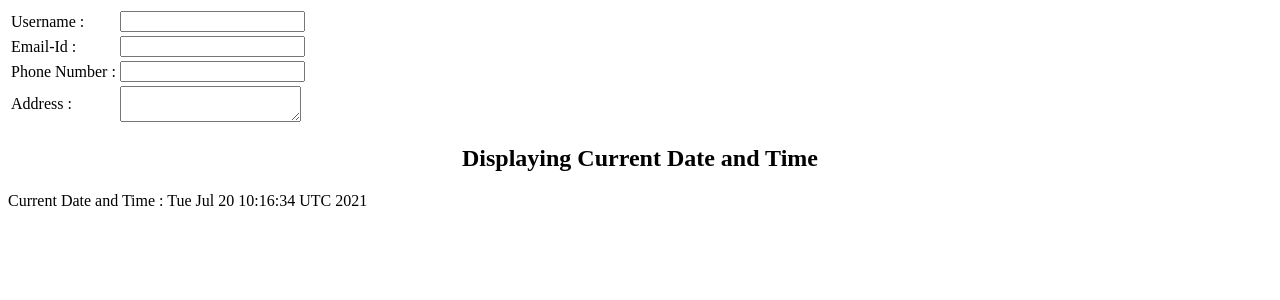
Repository: SHANMUGAPRIYAP98/SpringBootApp
Page: http://localhost/DateTime/
The author's editor kept a copy of each file at every save. The page is drawn from the files as they stood at one save, then again after the next save.
The browser window is 1280 px wide. The pictures show the whole page.
The page is served by Tomcat 9.

Above is the page before, as saved 2021-07-22 08:12:28.

After the next save:
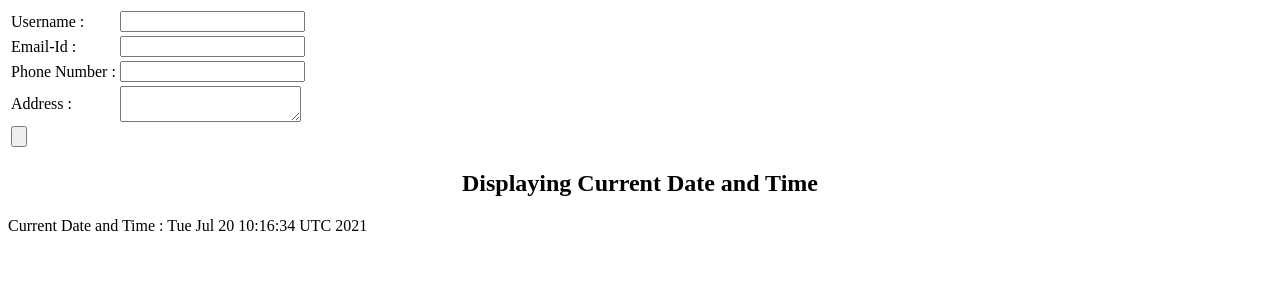
Saved 50 s later.
--- a/DateTime/src/main/webapp/index.jsp
+++ b/DateTime/src/main/webapp/index.jsp
@@ -1,6 +1,10 @@
 <%@page import="java.util.Date"%>
 <html>
 <head>
+<script>
+
+
+</script>
 </head>
 <body>
 <form>
@@ -9,6 +13,7 @@
 <tr><td>Email-Id : </td><td><input type="email" id="mail" /></td></tr>
 <tr><td>Phone Number : </td><td><input type="text" id="phone" maxlength="10" /></td></tr>
 <tr><td>Address : </td><td><textarea  id="addr"></textarea>
+<tr><td><input type="button" onClick="" /></td></tr>
 </table>
 </form>
 <h2><center>Displaying Current Date and Time</center></h2>
